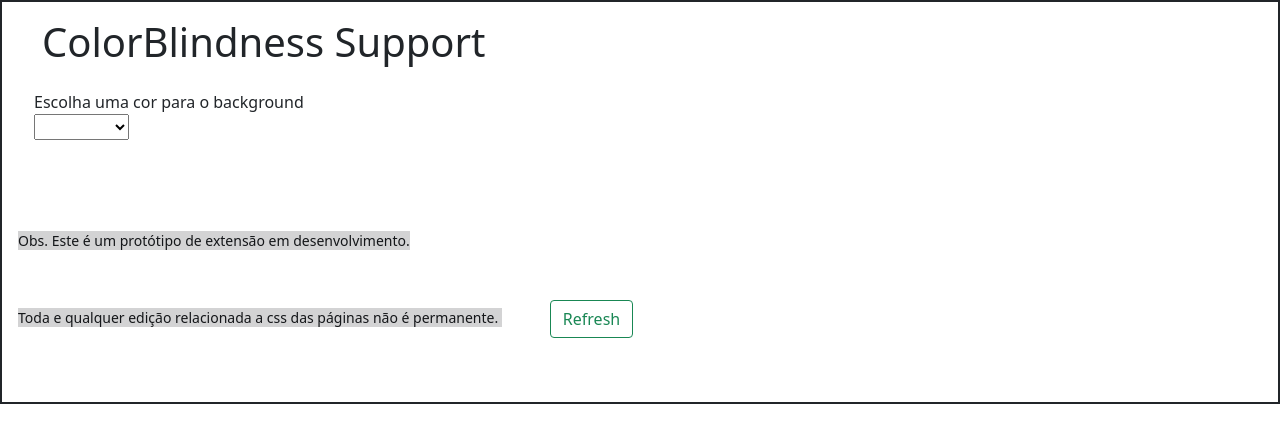
Repository: pedrosiqueira/daltonchrome
Page: popup.html
These files come from the project's save history. The page is drawn as it stood at one moment and after the next save; the edit follows.
The browser window is 1280 px wide. The pictures show the whole page.

Above is the page before, as saved 2022-06-17 13:22:23.

After the next save:
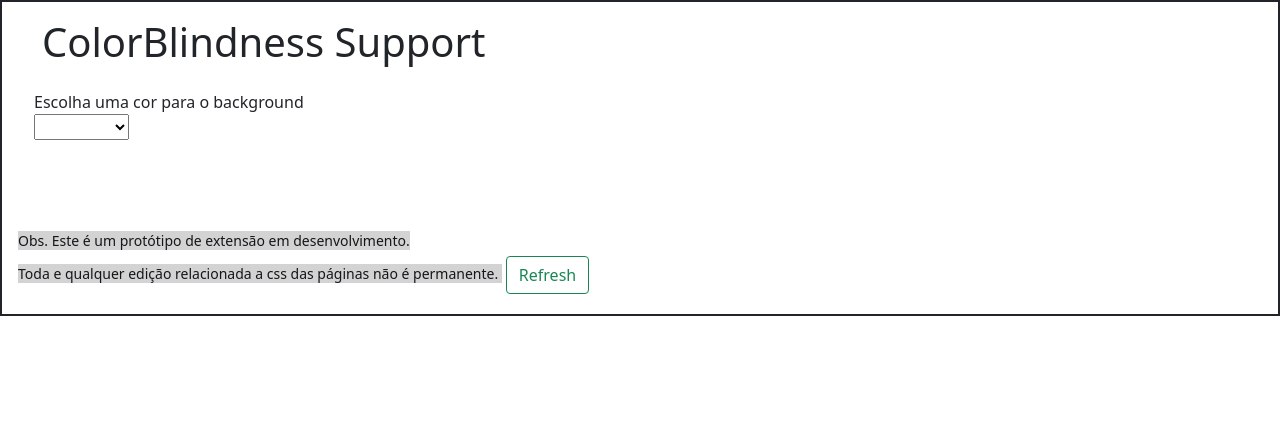
Saved 8 s later.
--- a/popup.html
+++ b/popup.html
@@ -35,7 +35,7 @@
     <alert id="alert" class="alert-dark form-text">Obs. Este é um protótipo de extensão em desenvolvimento.<br>
     Toda e qualquer edição relacionada a css das páginas não é permanente.
     </alert>
-    <button id="refresh" class="btn btn-outline-success m-5"type="button">
+    <button id="refresh" class="btn btn-outline-success m-1"type="button">
     Refresh
     </button>
 
